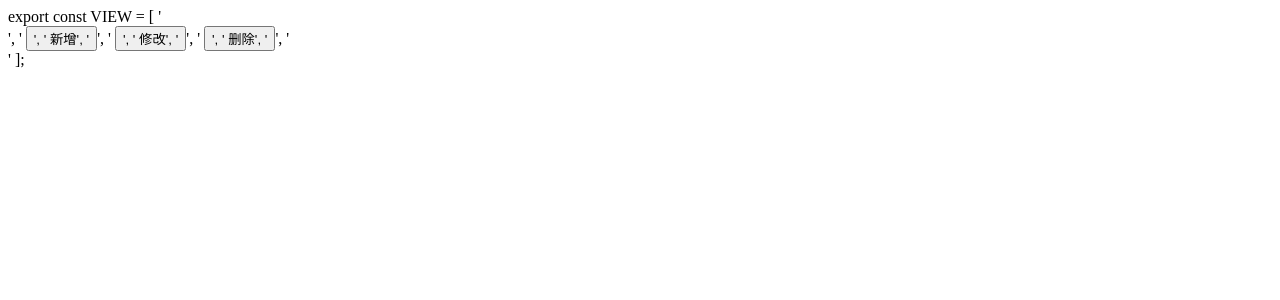
Repository: busiui/busiui
Page: src/components/busiui-table/busiui-opers/busiui-opers.view.html
The author's editor kept a copy of each file at every save. The page is drawn from the files as they stood at one save, then again after the next save.
The browser window is 1280 px wide. The pictures show the whole page.

Above is the page before, as saved 2020-04-09 20:27:12.

### src/components/busiui-table/busiui-opers/busiui-opers.view.html
export const VIEW = [
    '<div id="toolbar" class="btn-group">',
    '  <button id="btn_add" type="button" class="btn btn-default">',
    '    <span class="glyphicon glyphicon-plus" aria-hidden="true"></span>新增',
    '  </button>',
    '  <button id="btn_edit" type="button" class="btn btn-default">',
    '    <span class="glyphicon glyphicon-pencil" aria-hidden="true"></span>修改',
    '  </button>',
    '  <button id="btn_delete" type="button" class="btn btn-default">',
    '    <span class="glyphicon glyphicon-remove" aria-hidden="true"></span>删除',
    '  </button>',
    '</div>'
];

After the next save:
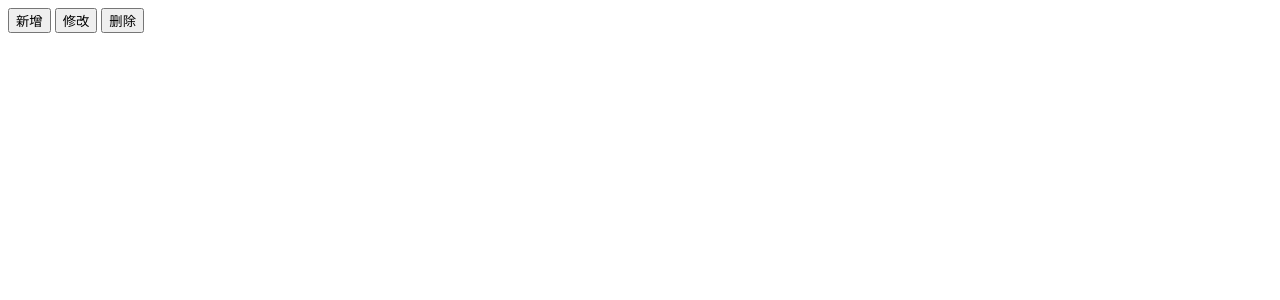
Saved 15 s later.
--- a/src/components/busiui-table/busiui-opers/busiui-opers.view.html
+++ b/src/components/busiui-table/busiui-opers/busiui-opers.view.html
@@ -1,13 +1,11 @@
-export const VIEW = [
-    '<div id="toolbar" class="btn-group">',
-    '  <button id="btn_add" type="button" class="btn btn-default">',
-    '    <span class="glyphicon glyphicon-plus" aria-hidden="true"></span>新增',
-    '  </button>',
-    '  <button id="btn_edit" type="button" class="btn btn-default">',
-    '    <span class="glyphicon glyphicon-pencil" aria-hidden="true"></span>修改',
-    '  </button>',
-    '  <button id="btn_delete" type="button" class="btn btn-default">',
-    '    <span class="glyphicon glyphicon-remove" aria-hidden="true"></span>删除',
-    '  </button>',
-    '</div>'
-];
+<div id="toolbar" class="btn-group">
+    <button id="btn_add" type="button" class="btn btn-default">
+        <span class="glyphicon glyphicon-plus" aria-hidden="true"></span>新增
+    </button>
+    <button id="btn_edit" type="button" class="btn btn-default">
+        <span class="glyphicon glyphicon-pencil" aria-hidden="true"></span>修改
+    </button>
+    <button id="btn_delete" type="button" class="btn btn-default">
+        <span class="glyphicon glyphicon-remove" aria-hidden="true"></span>删除
+    </button>
+</div>
